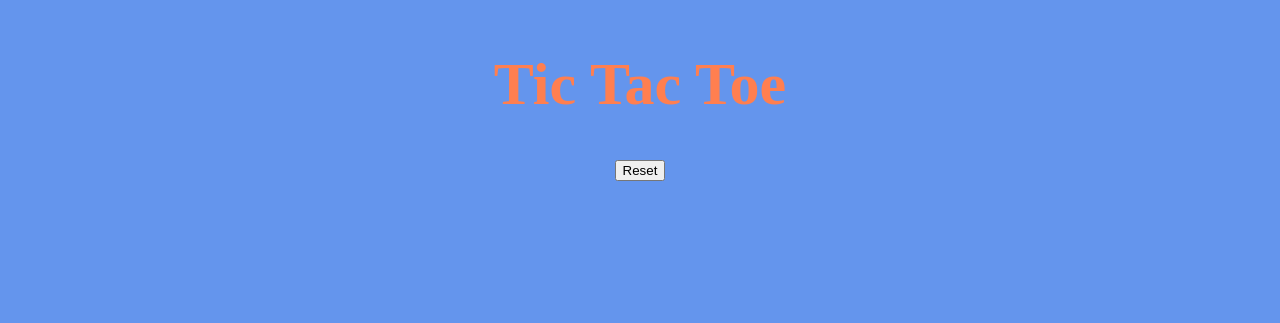
Repository: jontslater/tictaktoe
Page: /
An editor plug-in stored every save of this project. The page is shown before and after the next save, followed by the edit.
The browser window is 1280 px wide. The pictures show the whole page.
The project was rebuilt for these pictures with package versions that can differ from the ones it lists, and the page was loaded fresh each time. Also part of the build but not shown: src/App.css.

Above is the page before, as saved 2024-06-30 10:18:53.

### src/index.css
body {
  margin: 0;
  font-family: -apple-system, BlinkMacSystemFont, 'Segoe UI', 'Roboto', 'Oxygen',
    'Ubuntu', 'Cantarell', 'Fira Sans', 'Droid Sans', 'Helvetica Neue',
    sans-serif;
  -webkit-font-smoothing: antialiased;
  -moz-osx-font-smoothing: grayscale;
  background-color:cornflowerblue
}

code {
  font-family: source-code-pro, Menlo, Monaco, Consolas, 'Courier New',
    monospace;
}

### src/App.js

import './App.css';
import TicTacToe from './Components/TicTacToe/TicTacToe';

function App() {
  return (
    <div>
     <TicTacToe/>
    </div>
  );
}

export default App;

### src/Components/TicTacToe/TicTacToe.jsx
import React from 'react'
import './TicTacToe.css'
import O from '../Assets/O.jpg'
import x from '../Assets/x.jpg'

const TicTacToe = () => {
  return (
    <div className= 'container'>
     <h1 className='title'>Tic Tac Toe</h1>
     <div className='board'>

     </div>
     <button className='reset'>Reset</button>
    </div>
  )
}

export default TicTacToe

### src/Components/TicTacToe/TicTacToe.css
.container{
  text-align: center;
}

.title{
  margin-top: 50px;
  color: coral;
  font-size: 60px;
  display: flex;
  justify-content: center;
  align-items: center;
  font-family:cursive;
}

Loaded but not shown: public/index.html (common file); src/index.js (common file); src/reportWebVitals.js (common file)

After the next save:
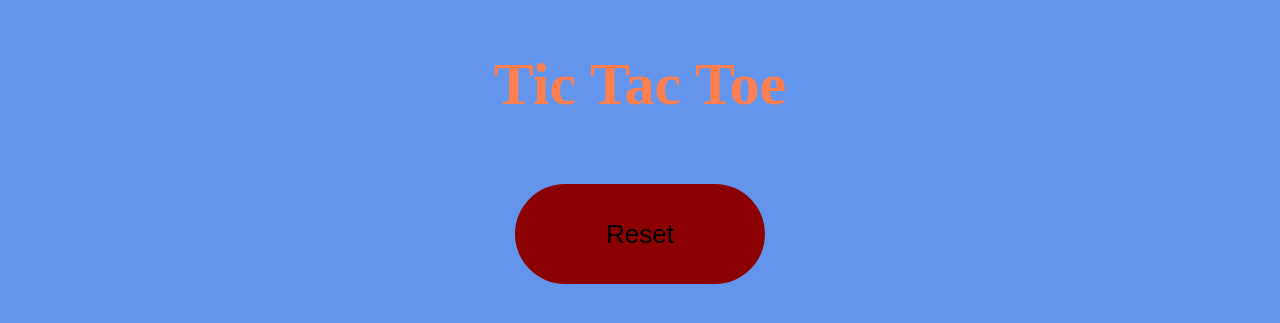
Saved 2 min 34 s later.
--- a/src/Components/TicTacToe/TicTacToe.css
+++ b/src/Components/TicTacToe/TicTacToe.css
@@ -11,3 +11,17 @@
   align-items: center;
   font-family:cursive;
 }
+
+.reset{
+  width: 250px;
+  height: 100px;
+  border: none;
+  outline: none;
+  cursor: pointer;
+  border-radius: 50px;
+  background-color: darkred;
+  font-size: 26px;
+  color: black;
+  margin-top: 25px;
+  margin-bottom: 50px;
+}
